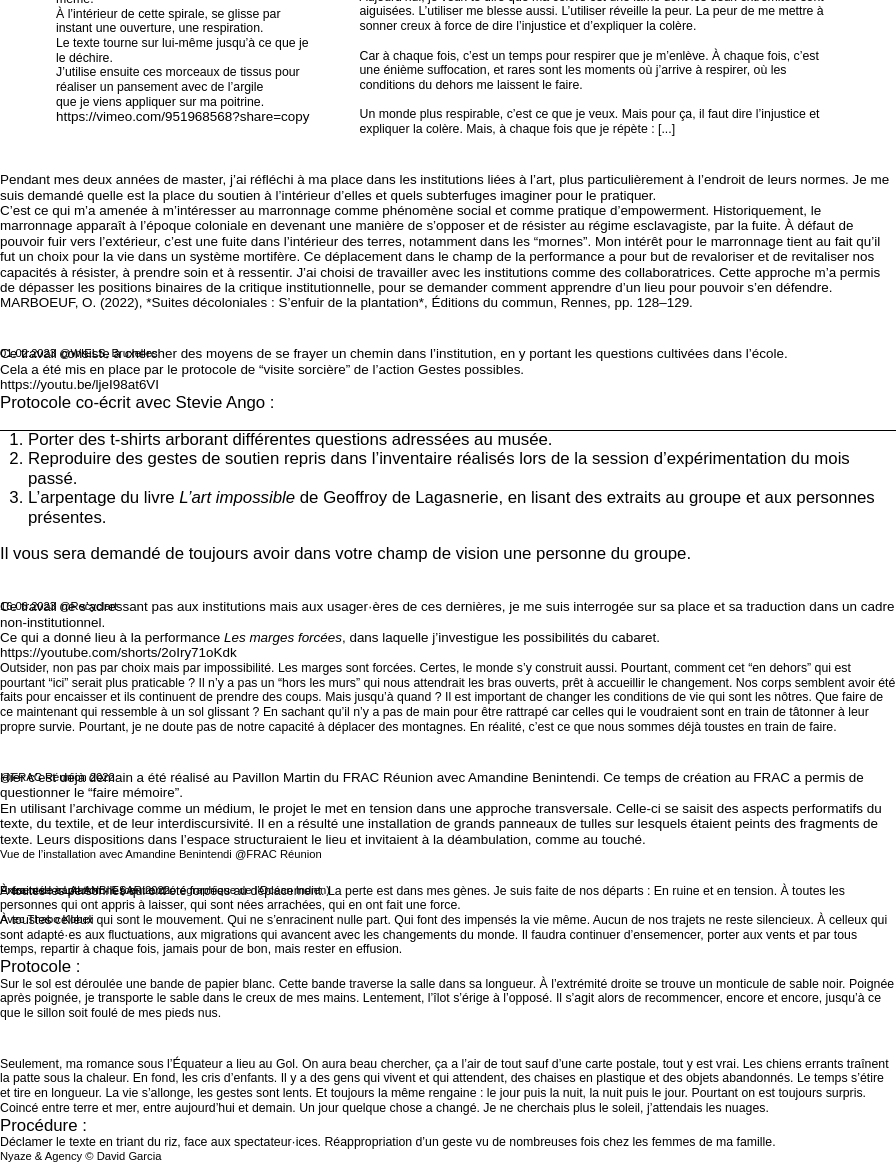
Repository: brunrhb/oce-p
Page: index.html
An editor plug-in stored every save of this project. The page is shown before and after the next save, followed by the edit.
The browser window is 1280 px wide. The pictures show the part of the page from y = 2290 to 4210 px (the page is 3951 px tall before and 4581 px after), at 70% of full size.

Above is the page before, as saved 2025-06-09 22:46:56.

After the next save:
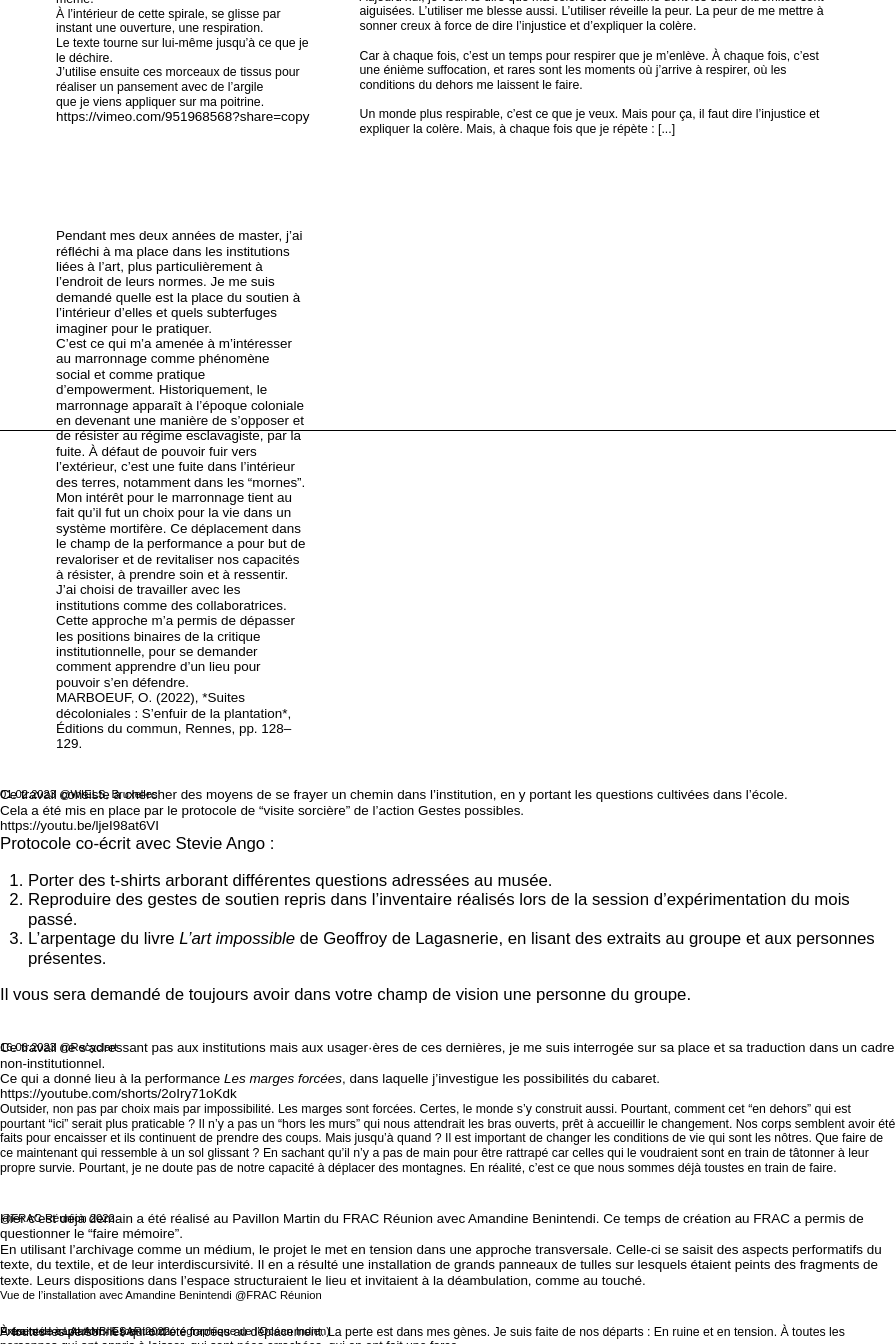
Saved 19 s later.
--- a/styles.css
+++ b/styles.css
@@ -223,6 +223,12 @@ body {
 
 /* 1 grille et colonnes */
 .grid-p3 {
+  display: grid;
+  grid-template-columns: 1fr 1fr 1fr;
+  padding-top: 5rem;
+  padding-left: 5rem;
+  padding-right: 5rem;
+  column-gap: 2vw;
 }
 .col-p3-1 {
 }
